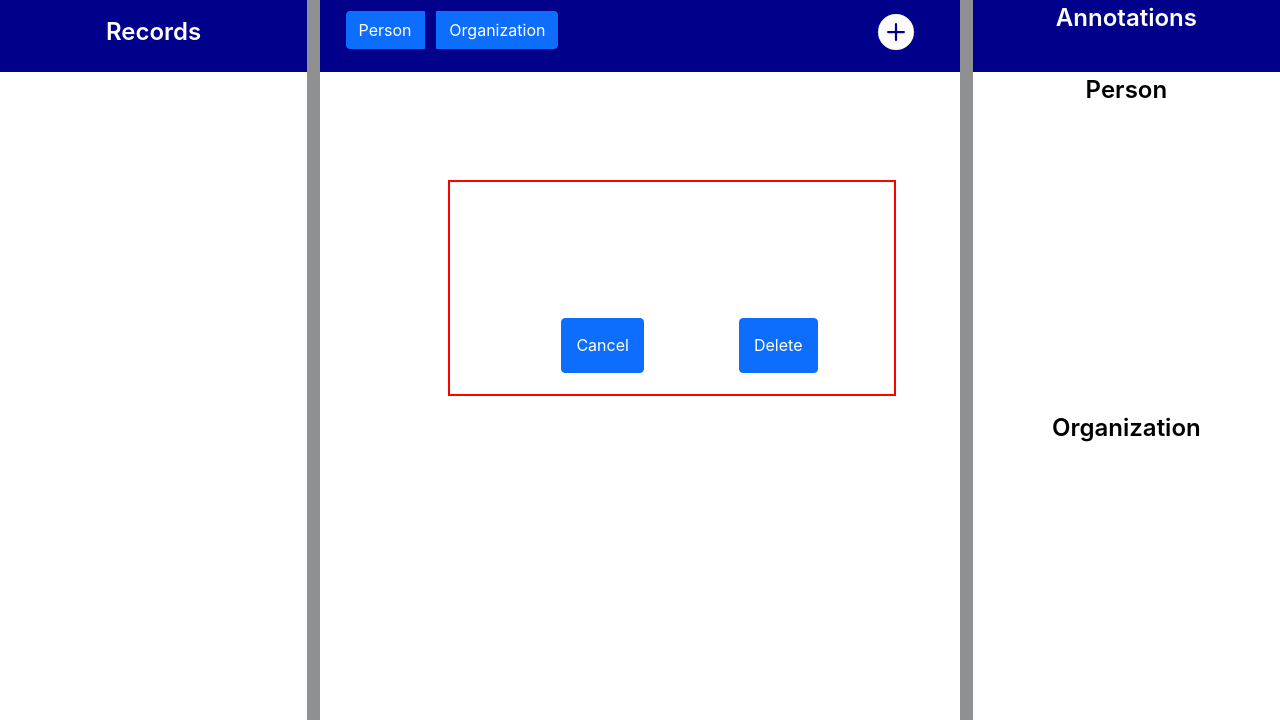
Repository: napan24/classforma_assignment
Page: / (app in client/)
An editor plug-in stored every save of this project. The page is shown before and after the next save, followed by the edit.
The browser window is 1280 px wide. The pictures show the whole page.
The project was rebuilt for these pictures with package versions that can differ from the ones it lists, and the page was loaded fresh each time. Also part of the build but not shown: client/src/App.css.

Above is the page before, as saved 2022-07-20 16:42:56.

### client/public/index.html
<!DOCTYPE html>
<html lang="en">
  <head>
    <meta charset="utf-8" />
    <link rel="icon" href="%PUBLIC_URL%/favicon.ico" />
    <meta name="viewport" content="width=device-width, initial-scale=1" />
    <meta name="theme-color" content="#000000" />
    <meta
      name="description"
      content="Web site created using create-react-app"
    />
    <link href="https://cdn.jsdelivr.net/npm/bootstrap@5.1.3/dist/css/bootstrap.min.css" rel="stylesheet" integrity="sha384-1BmE4kWBq78iYhFldvKuhfTAU6auU8tT94WrHftjDbrCEXSU1oBoqyl2QvZ6jIW3" crossorigin="anonymous">
    <link rel="apple-touch-icon" href="%PUBLIC_URL%/logo192.png" />
    <!--
      manifest.json provides metadata used when your web app is installed on a
      user's mobile device or desktop. See https://developers.google.com/web/fundamentals/web-app-manifest/
    -->
    <link rel="manifest" href="%PUBLIC_URL%/manifest.json" />
    <!--
      Notice the use of %PUBLIC_URL% in the tags above.
      It will be replaced with the URL of the `public` folder during the build.
      Only files inside the `public` folder can be referenced from the HTML.

      Unlike "/favicon.ico" or "favicon.ico", "%PUBLIC_URL%/favicon.ico" will
      work correctly both with client-side routing and a non-root public URL.
      Learn how to configure a non-root public URL by running `npm run build`.
    -->
    <title>React App</title>
  </head>
  <body>
    <noscript>You need to enable JavaScript to run this app.</noscript>
    <div id="root"></div>
    <!--
      This HTML file is a template.
      If you open it directly in the browser, you will see an empty page.

      You can add webfonts, meta tags, or analytics to this file.
      The build step will place the bundled scripts into the <body> tag.

      To begin the development, run `npm start` or `yarn start`.
      To create a production bundle, use `npm run build` or `yarn build`.
    -->
    <script src="https://cdn.jsdelivr.net/npm/bootstrap@5.1.3/dist/js/bootstrap.bundle.min.js" integrity="sha384-ka7Sk0Gln4gmtz2MlQnikT1wXgYsOg+OMhuP+IlRH9sENBO0LRn5q+8nbTov4+1p" crossorigin="anonymous"></script>
  </body>
</html>

### client/src/App.js
import logo from './logo.svg';
import './App.css';
import Home from './Home';

function App() {
  return (
    <>
      <Home></Home>
    </>
  );
}

export default App;

### client/src/Home.js
'strict origin'
import React, { useState, useEffect } from 'react'
const Home = () => {
    const [textField, setTextField] = useState();
    const [person, setPerson] = useState();
    const [place, setPlace] = useState();
    const [personName, setPersonName] = useState(['']);
    const [placeName, setPlaceName] = useState(['']);
    useEffect(() => {
        if (textField) {
            trending();
        }
    }, [textField])
    const trending = async () => {
        const res = await fetch("/", {
            method: 'POST',
            headers: {
                "Content-Type": "application/json"
            },
            body: JSON.stringify({ textField })
        });
        const result = await res.json();
        console.log(result);
        setPerson(result.filter((arr) => arr.type == 'Person'));
        setPlace(result.filter((arr) => arr.type[0] == 'Place' || arr.type[0] == 'PopulatedPlace' || arr.type[0] == 'Settlement' || arr.type[0] == 'City'));
    };
    useEffect(() => {
        setPersonName(['']);
        if (person) {
            person.forEach(function (arrayItem) {
                setPersonName(curr => [...curr, arrayItem.entityId]);
            });
        }
    }, [person])
    useEffect(() => {
        setPlaceName(['']);
        if (place) {
            console.log(place);
            place.forEach(function (arrayItem) {
                setPlaceName(curr => [...curr, arrayItem.entityId]);
            });
        }
    }, [place])
    const showFile = async (e) => {
        e.preventDefault()
        const reader = new FileReader()
        reader.onload = async (e) => {
            const text = (e.target.result)
            setTextField(text);
        };
        reader.readAsText(e.target.files[0])
    }
    function replace(e) {
        var data = e.currentTarget.parentElement.querySelector('.userName').innerHTML;
        setTextField(textField.replace(data, ''));
    }
    return (
        <>
            <div style={{ height: "30vh", width: "35vw", backgroundColor: "white", position: "absolute", zIndex: '2', left: "35%", top: "25%", border: "2px solid red" }}>
                <button type="button" class="btn btn-primary" style={{ marginRight: "1vw",position:"absolute",bottom:"10%",left:"25%",padding:"2vh" }}>Cancel</button>
                <button style={{ marginRight: "1vw",position:"absolute",bottom:"10%",left:"65%",padding:"2vh" }} type="button" class="btn btn-primary">Delete</button>
            </div>
            <div style={{ display: 'flex', width: "100vw", height: "100vh", backgroundColor: "#8f9091", overflow: "hidden" }}>
                <div style={{ width: "24vw", height: "100vh", backgroundColor: "white", marginRight: "1vw" }}>
                    <div style={{ width: "24vw", height: "10vh", backgroundColor: "#00008b", textAlign: 'center', fontSize: '150%', color: "white", fontWeight: "600", position: "fixed" }}>
                        <p style={{ marginTop: "2vh" }}>
                            Records
                        </p>
                    </div>
                    <div>

                    </div>
                </div>
                <div style={{ width: "50vw", height: "100vh", backgroundColor: "white", marginRight: "1vw", overflowY: "unset" }}>
                    <div style={{ width: "50vw", height: "10vh", backgroundColor: "#00008b", position: 'relative', overflowY: 'hidden' }}>
                        <div class="btn-group" style={{ marginTop: "1.5vh", marginLeft: "2vw" }}>
                            <button type="button" class="btn btn-primary" style={{ marginRight: "1vw" }}>Person</button>
                            <button type="button" class="btn btn-primary">Organization</button>
                        </div>
                        <label for="file">
                            <svg style={{ width: "20%", height: "50%", position: "absolute", right: "0", top: "2vh", color: "white" }} xmlns="http://www.w3.org/2000/svg" fill="currentColor" class="bi bi-plus-circle-fill" viewBox="0 0 16 16">
                                <path d="M16 8A8 8 0 1 1 0 8a8 8 0 0 1 16 0zM8.5 4.5a.5.5 0 0 0-1 0v3h-3a.5.5 0 0 0 0 1h3v3a.5.5 0 0 0 1 0v-3h3a.5.5 0 0 0 0-1h-3v-3z" />
                            </svg>
                        </label>
                        <input type="file" id="file" onChange={(e) => showFile(e)} style={{ display: "none" }} />
                    </div>
                    <div style={{ width: "48vw", height: "85vh", marginLeft: "2vw", marginTop: "5vh", overflowY: "scroll" }}>
                        {textField}
                    </div>
                </div>
                <div style={{ width: "24vw", height: "100vh", backgroundColor: "white" }}>
                    <div style={{ width: "24vw", height: "10vh", backgroundColor: "#00008b", textAlign: 'center', fontSize: '150%', color: "white", fontWeight: "600" }}>
                        <p>
                            Annotations
                        </p>
                    </div>
                    <div style={{ width: "24vw", height: "5vh", backgroundColor: "white", textAlign: 'center', fontSize: '150%', color: "black", fontWeight: "600", marginBottom: "2vh" }}>
                        <p>
                            Person
                        </p>
                    </div>
                    <div style={{ maxWidth: "24vw", height: "40vh", backgroundColor: "white", textAlign: 'center', fontSize: '150%', color: "black", fontWeight: "600", zIndex: "2", overflowY: "scroll", overflowX: "hidden" }}>
                        {personName && personName.map((user) => (
                            user.length > 0 && <div style={{ width: "24vw", color: "black", height: "3vh", fontSize: "2vh", position: 'relative', borderBottom: '1px solid black' }}>
                                <span className='userName' style={{ width: "12vw" }}>
                                    {user}
                                </span>
                                <svg onClick={(e) => { replace(e) }} style={{ width: "3.5vw", height: "3.5vh", position: 'absolute', right: "0vw", top: "0vh" }} xmlns="http://www.w3.org/2000/svg" style={{ height: "3vh", width: "2vw", color: 'red' }} fill="currentColor" class="bi bi-x" viewBox="0 0 16 16">
                                    <path d="M4.646 4.646a.5.5 0 0 1 .708 0L8 7.293l2.646-2.647a.5.5 0 0 1 .708.708L8.707 8l2.647 2.646a.5.5 0 0 1-.708.708L8 8.707l-2.646 2.647a.5.5 0 0 1-.708-.708L7.293 8 4.646 5.354a.5.5 0 0 1 0-.708z" />
                                </svg>
                            </div>
                        ))}
                    </div>
                    <div style={{ width: "24vw", height: "5vh", backgroundColor: "white", textAlign: 'center', fontSize: '150%', color: "black", fontWeight: "600", marginBottom: "2vh" }}>
                        <p>
                            Organization
                        </p>
                    </div>
                    <div style={{ width: "24vw", height: "40vh", backgroundColor: "white", textAlign: 'center', fontSize: '150%', color: "black", fontWeight: "600", overflowY: "scroll" }}>
                        {placeName && placeName.map((user) => (
                            user.length > 0 && <div style={{ width: "24vw", color: "black", height: "3vh", fontSize: "2vh", position: 'relative', borderBottom: '1px solid black' }}>
                                <span className='userName' style={{ width: "12vw" }}>
                                    {user}
                                </span>
                                <svg onClick={(e) => { replace(e) }} style={{ width: "3.5vw", height: "3.5vh", position: 'absolute', right: "0vw", top: "0vh" }} xmlns="http://www.w3.org/2000/svg" style={{ height: "3vh", width: "2vw", color: 'red' }} fill="currentColor" class="bi bi-x" viewBox="0 0 16 16">
                                    <path d="M4.646 4.646a.5.5 0 0 1 .708 0L8 7.293l2.646-2.647a.5.5 0 0 1 .708.708L8.707 8l2.647 2.646a.5.5 0 0 1-.708.708L8 8.707l-2.646 2.647a.5.5 0 0 1-.708-.708L7.293 8 4.646 5.354a.5.5 0 0 1 0-.708z" />
                                </svg>
                            </div>
                        ))}
                    </div>
                </div>
            </div>
        </>
    )
}

export default Home

Loaded but not shown: client/src/index.js (common file); client/src/index.css (common file); client/src/reportWebVitals.js (common file)

After the next save:
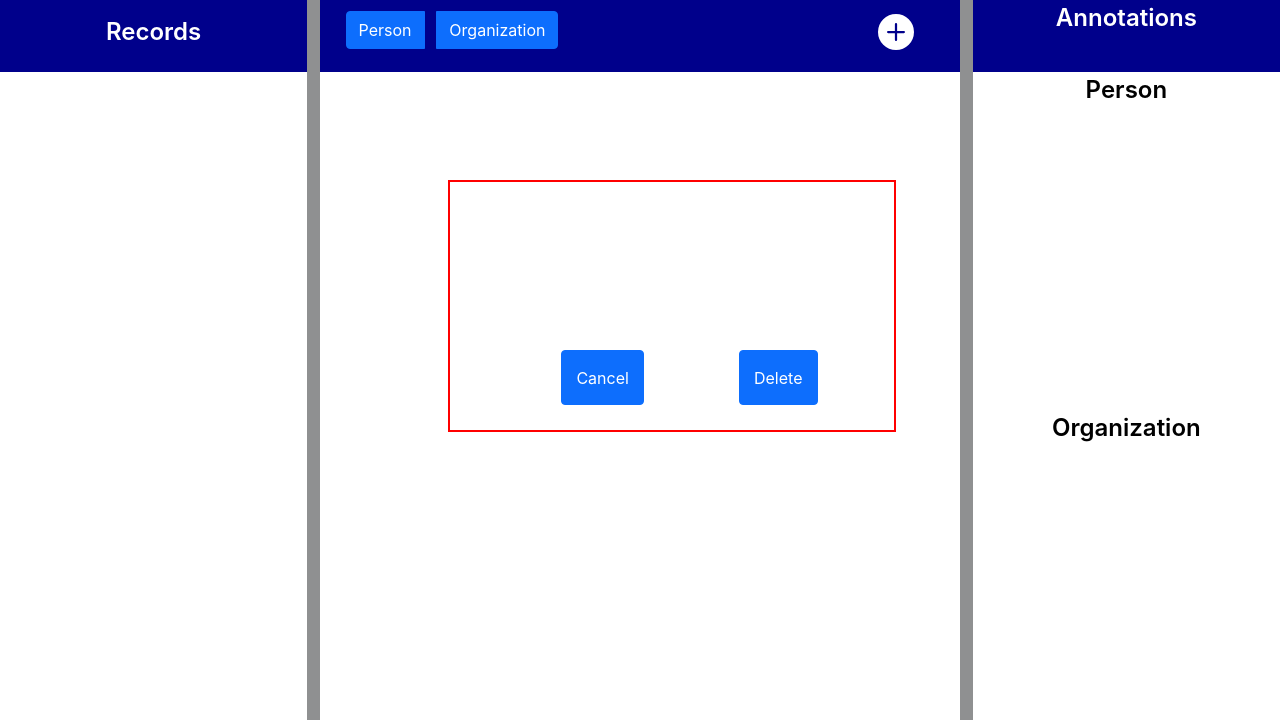
Saved 5 s later.
--- a/client/src/Home.js
+++ b/client/src/Home.js
@@ -56,7 +56,7 @@ const Home = () => {
     }
     return (
         <>
-            <div style={{ height: "30vh", width: "35vw", backgroundColor: "white", position: "absolute", zIndex: '2', left: "35%", top: "25%", border: "2px solid red" }}>
+            <div style={{ height: "35vh", width: "35vw", backgroundColor: "white", position: "absolute", zIndex: '2', left: "35%", top: "25%", border: "2px solid red" }}>
                 <button type="button" class="btn btn-primary" style={{ marginRight: "1vw",position:"absolute",bottom:"10%",left:"25%",padding:"2vh" }}>Cancel</button>
                 <button style={{ marginRight: "1vw",position:"absolute",bottom:"10%",left:"65%",padding:"2vh" }} type="button" class="btn btn-primary">Delete</button>
             </div>
